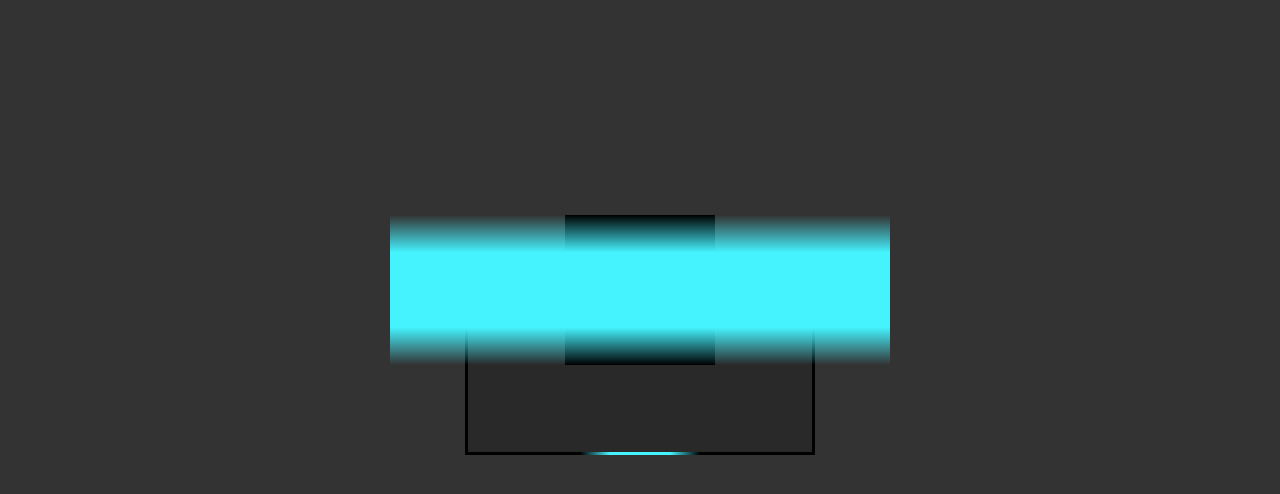
Repository: SeungYn/Javascript-study-toy
Page: profile-card/index.html
An editor plug-in stored every save of this project. The page is shown before and after the next save, followed by the edit.
The browser window is 1280 px wide. The pictures show the whole page.

Above is the page before, as saved 2023-01-12 15:40:18.

### profile-card/index.html
<!DOCTYPE html>
<html lang="en">
  <head>
    <meta charset="UTF-8" />
    <meta http-equiv="X-UA-Compatible" content="IE=edge" />
    <meta name="viewport" content="width=device-width, initial-scale=1.0" />
    <title>Document</title>
    <link rel="stylesheet" href="./style.css" />
  </head>
  <body>
    <div class="card">
      <div class="lines"></div>
      <div class="imgBx"></div>
    </div>
  </body>
</html>

### profile-card/style.css
@import url('https://fonts.googleapis.com/css?family-Popins:100,200,300,400,500,600,700,800,900');

* {
  margin: 0;
  padding: 0;
  box-sizing: border-box;
  font-family: 'Popins', sans-serif;
}

body {
  display: flex;
  justify-content: center;
  align-items: center;
  min-height: 100vh;
  background: #333;
}

.card {
  position: relative;
  width: 350px;
  height: 190px;
  background: #333;
  transition: 0.5s;
}

.card:hover {
  height: 450px;
}

.card .lines {
  position: absolute;
  inset: 0;
  background: #000;
  overflow: hidden;
}

.card .lines::before {
  content: '';
  position: absolute;
  top: 50%;
  left: 50%;
  transform: translate(-50%, -50%);
  width: 600px;
  height: 120px;
  background: linear-gradient(
    transparent,
    #45f3ff,
    #45f3ff,
    #45f3ff,
    transparent
  );
  animation: animate 4s linear infinite;
}

@keyframes animate {
  0% {
    transform: translate(-50%, -50%) rotate(0deg);
  }

  100% {
    transform: translate(-50%, -50%) rotate(360deg);
  }
}

.card .lines::after {
  content: '';
  position: absolute;
  inset: 3px;
  background-color: #292929;
}

.card .imgBx {
  position: absolute;
  left: 50%;
  top: -50px;
  transform: translateX(-50%);
  width: 150px;
  height: 150px;
  background: #000;
  transition: 0.5s;
  z-index: 10;
  /* overflow: hidden; */
}

.card:hover .imgBx {
  width: 250px;
  height: 250px;
}
.card .imgBx::before {
  content: '';
  position: absolute;
  top: 50%;
  left: 50%;
  width: 500px;
  height: 150px;
  transform: translate(-50%, -50%);
  background: linear-gradient(
    transparent,
    #45f3ff,
    #45f3ff,
    #45f3ff,
    transparent
  );
}

After the next save:
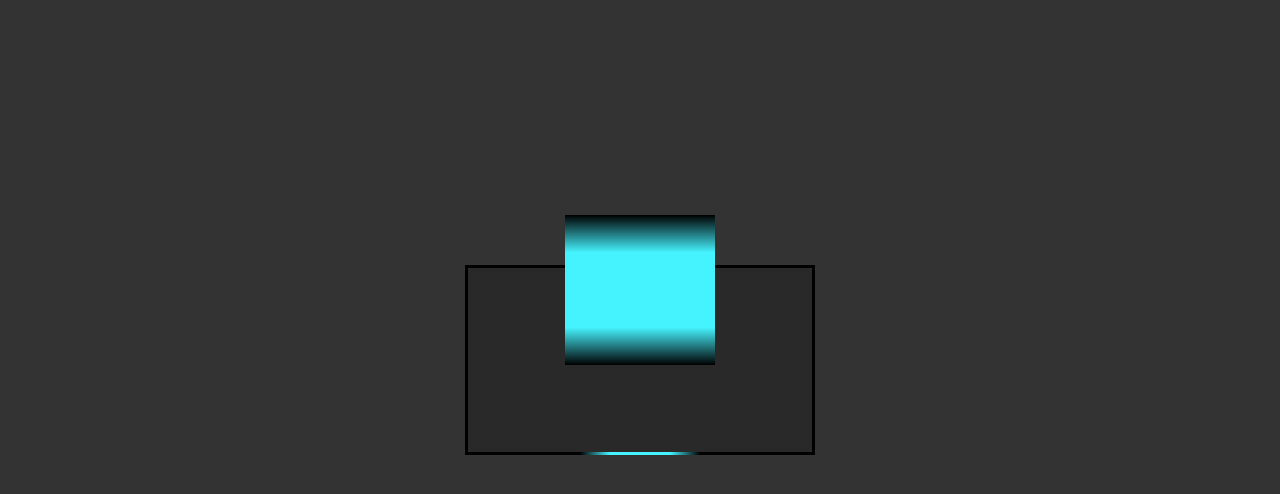
Saved 6 s later.
--- a/profile-card/style.css
+++ b/profile-card/style.css
@@ -79,7 +79,7 @@ body {
   background: #000;
   transition: 0.5s;
   z-index: 10;
-  /* overflow: hidden; */
+  overflow: hidden;
 }
 
 .card:hover .imgBx {
